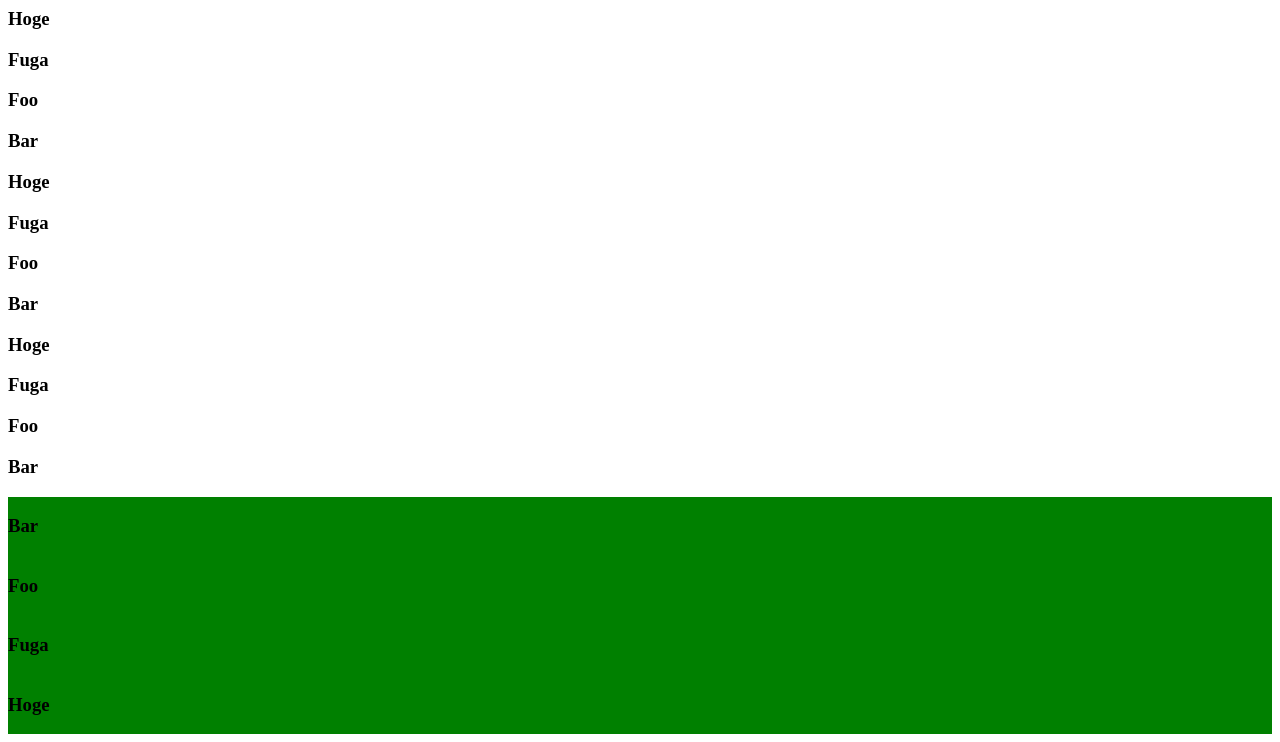
Repository: TakashiYamaguchi2021/samurai_HTML-CSS
Page: flexbox.html
The author's editor kept a record of every edit. The page is drawn from the files as they stood at one moment, then again after the next edit.
The browser window is 1280 px wide. The pictures show the whole page.

Above is the page before.

### flexbox.html
<html lang="ja">
    <head>
        <style>
            #no-wrap {
                display: flex;
                flex-wrap: wrap;
                background-color: red;
            }
            #wrap {
                display: flex;
                flex-wrap: wrap;
                background-color: yellow;
            }
            #wrap-reverse {
                display: flex;
                flex-wrap: wrap-reverse;
                background-color: blue;
            }
            #column-reverse {
                display: flex;
                flex-direction: column-reverse;
                background-color: green;
            }
        </style>
    </head>
    <body>
        <div id="sort">
            <h3>Hoge</h3>
            <h3>Fuga</h3>
            <h3>Foo</h3>
            <h3>Bar</h3>
        </div>
        <div id="reverse">
            <h3>Hoge</h3>
            <h3>Fuga</h3>
            <h3>Foo</h3>
            <h3>Bar</h3>
        </div>
        <div id="column">
            <h3>Hoge</h3>
            <h3>Fuga</h3>
            <h3>Foo</h3>
            <h3>Bar</h3>
        <div id="column-reverse">
            <h3>Hoge</h3>
            <h3>Fuga</h3>
            <h3>Foo</h3>
            <h3>Bar</h3>
        </div>
    </body>
</html>

After the next edit:
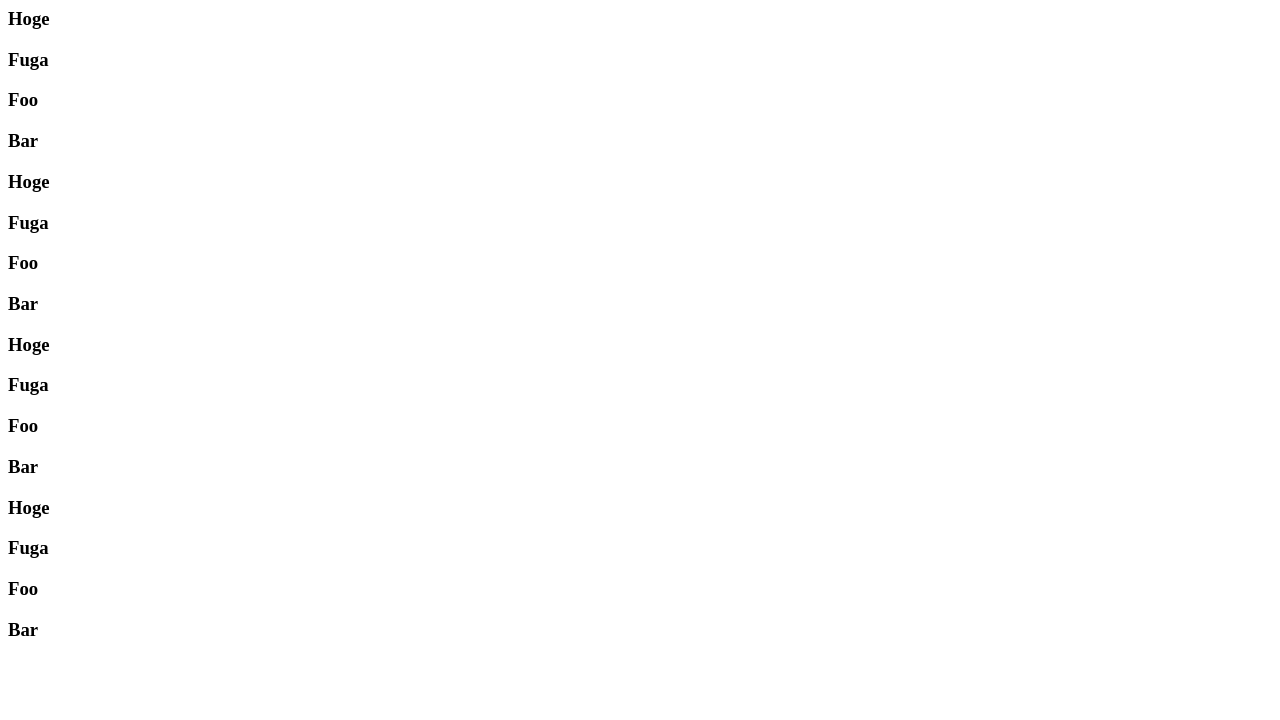
The edit:
--- a/flexbox.html
+++ b/flexbox.html
@@ -15,11 +15,6 @@
                 display: flex;
                 flex-wrap: wrap-reverse;
                 background-color: blue;
-            }
-            #column-reverse {
-                display: flex;
-                flex-direction: column-reverse;
-                background-color: green;
             }
         </style>
     </head>
